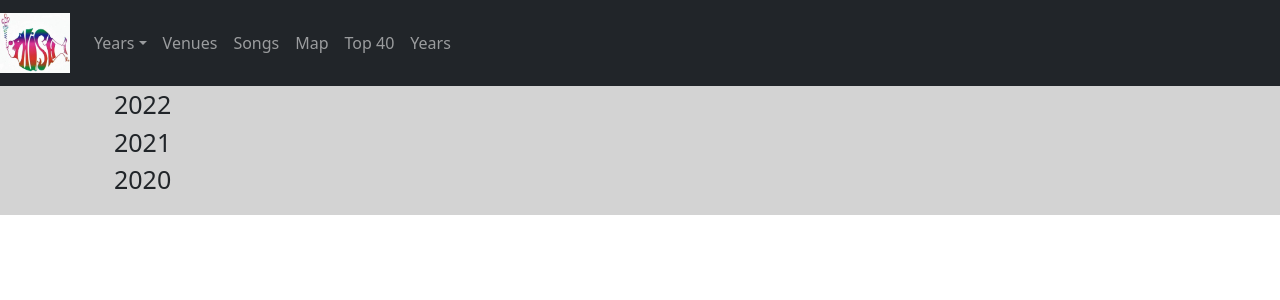
Repository: Jcparks84/gonePhishin
Page: / (app in my-app/)
An editor plug-in stored every save of this project. The page is shown before and after the next save, followed by the edit.
The browser window is 1280 px wide. The pictures show the whole page.
The page's requests for data from a server got no answer. The project was rebuilt for these pictures with package versions that can differ from the ones it lists, and the page was loaded fresh each time. No one was signed in, and anything a server would have sent is missing. Also part of the build but not shown: my-app/src/components/audioPlayer/audioPlayer.js.

Above is the page before, as saved 2022-08-16 18:19:19.

After the next save:
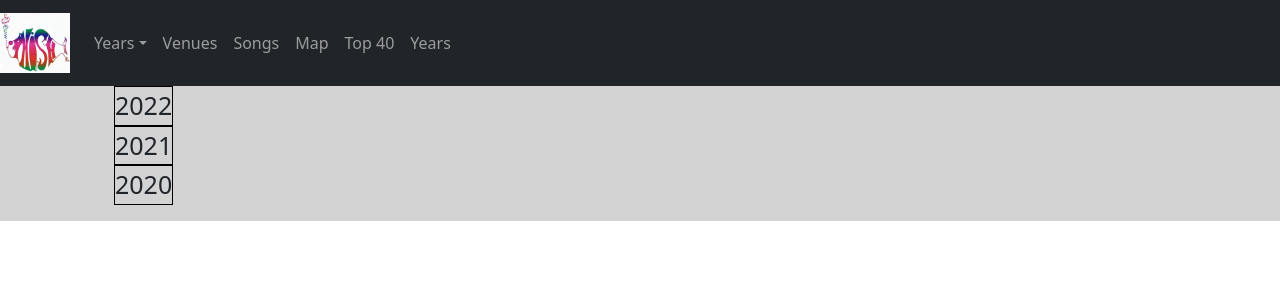
Saved 49 s later.
--- a/my-app/src/pages/yearPage/yearPage.css
+++ b/my-app/src/pages/yearPage/yearPage.css
@@ -6,6 +6,8 @@
 li {
     text-align: left;
     font-size: 25px;
+    list-style-position:inside;
+    border: 1px solid black;
 }
 
 ul {
